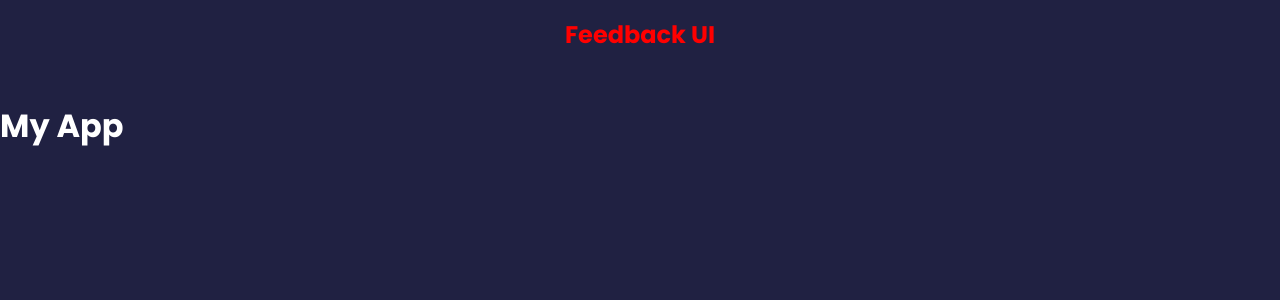
Repository: haokiet2501/feedback-app
Page: /
The author's editor kept a copy of each file at every save. The page is drawn from the files as they stood at one save, then again after a run of saves.
The browser window is 1280 px wide. The pictures show the whole page.
The project was rebuilt for these pictures with package versions that can differ from the ones it lists, and the page was loaded fresh each time.

Above is the page before, as saved 2022-02-23 09:10:26.

### public/index.html
<!DOCTYPE html>
<html lang="en">
  <head>
    <meta charset="utf-8" />
    <link rel="icon" href="%PUBLIC_URL%/favicon.ico" />
    <meta name="viewport" content="width=device-width, initial-scale=1" />
    <meta name="theme-color" content="#000000" />
    <meta
      name="description"
      content="Web site created using create-react-app"
    />
    <link rel="apple-touch-icon" href="%PUBLIC_URL%/logo192.png" />

    <link rel="manifest" href="%PUBLIC_URL%/manifest.json" />

    <title>Feedback App</title>
  </head>
  <body>
    <noscript>You need to enable JavaScript to run this app.</noscript>
    <div id="root"></div>

  </body>
</html>

### src/index.js
import React from 'react'
import ReactDOM from 'react-dom'
import App from './App'
import './index.css'
ReactDOM.render (
    <React.StrictMode>
        <App />
    </React.StrictMode>,
    document.getElementById('root')
)

### src/App.js
import Header from "./components/Header"

function App() {
    return (
        <>
            <Header />
            <div className="contianer">
                <h1>My App</h1>
            </div>
        </>
    )
}

export default App

### src/components/Header.jsx
import React from 'react'
import ProTypes from 'prop-types'

const Header = ({ text, bgColor, textColor }) => {
  const handleStyles = {
      backgroundColor: bgColor,
      color: textColor
  }
  return (
    <header style={handleStyles}>
        <div className="container">
            <h2>{text}</h2>
        </div>
    </header>
  )
}

Header.defaultProps = {
    text: 'Feedback UI',
    bgColor: 'rgba(0, 0, 0,',
    textColor: 'red'
}

Header.proTypes = {
    text: ProTypes.string,
    bgColor: ProTypes.string,
    textColor: ProTypes.string,
}

export default Header

Loaded but not shown: src/index.css (common file)

After the next 2 saves:
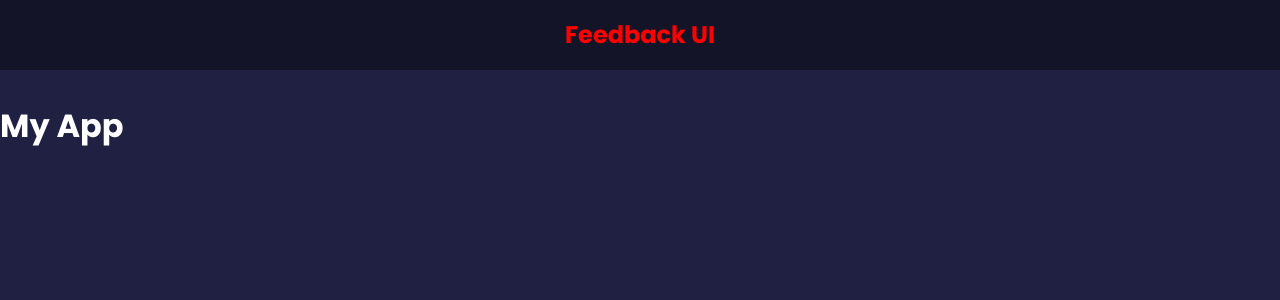
The 2 saves are shown as one change because they came seconds apart.
The last was saved 6 s later.
--- a/src/components/Header.jsx
+++ b/src/components/Header.jsx
@@ -17,7 +17,7 @@ const Header = ({ text, bgColor, textColor }) => {
 
 Header.defaultProps = {
     text: 'Feedback UI',
-    bgColor: 'rgba(0, 0, 0,',
+    bgColor: 'rgba(0, 0, 0, 0.4',
     textColor: 'red'
 }
 
